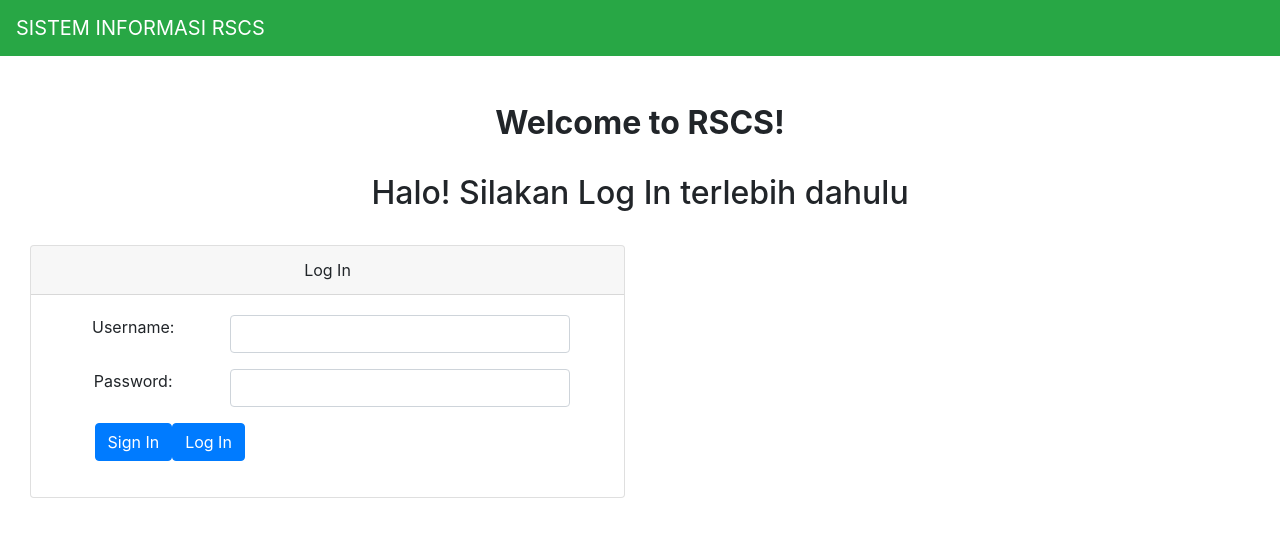
Repository: usamah1707/Tugas-Akhir-Kelompok-6
Page: http://localhost/login
The author's editor kept a copy of each file at every save. The page is drawn from the files as they stood at one save, then again after the next save.
The browser window is 1280 px wide. The pictures show the whole page.
The page is this project's Thymeleaf template; nobody is signed in. The template is opened directly, without the code that normally fills it, so the values that code supplies are empty.

Above is the page before, as saved 2019-06-04 06:02:20.

After the next save:
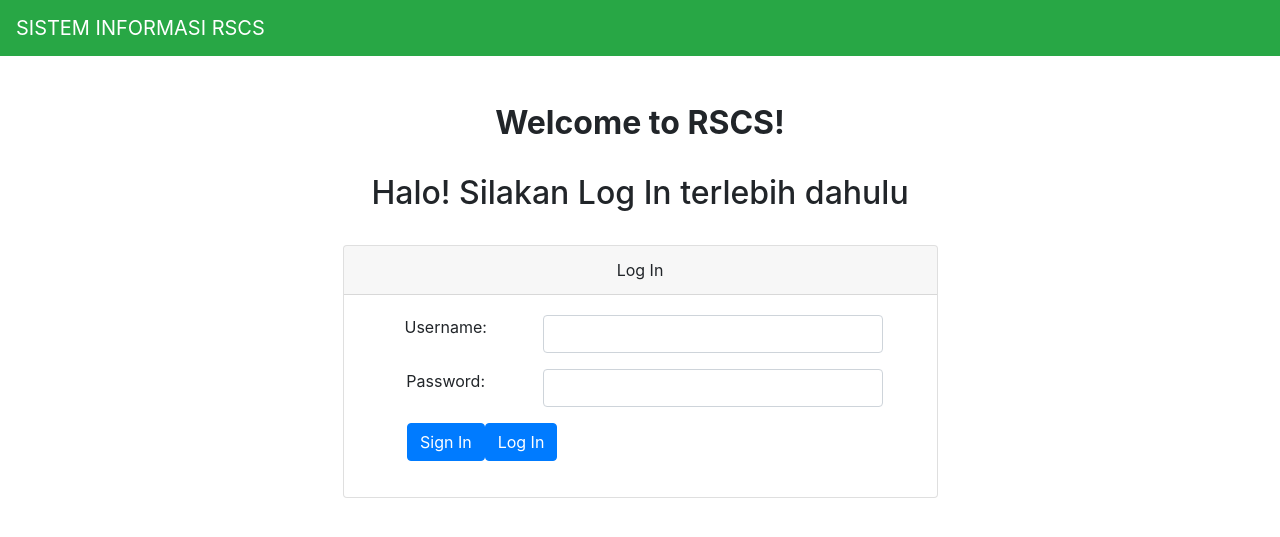
Saved 23 s later.
--- a/TA_6/src/main/resources/templates/login.html
+++ b/TA_6/src/main/resources/templates/login.html
@@ -28,6 +28,7 @@
         <h2 align = "center">Halo! Silakan Log In terlebih dahulu</h2>
         <br>
         <div class="row">
+        	<span class = "col-md-3"></span>
             <div class="col-md-6">
 
                 <div class="card">
